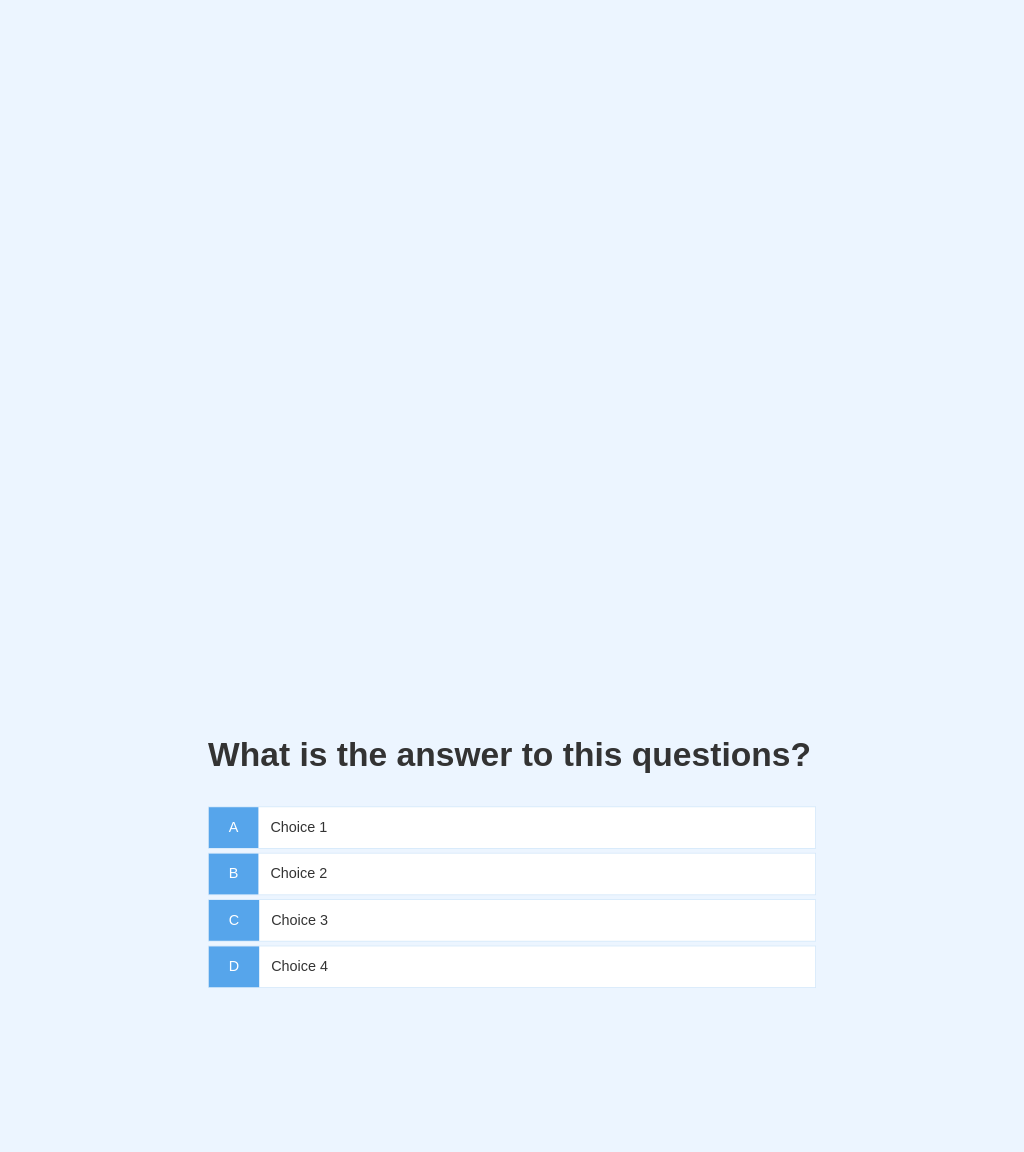
Repository: Q1ngQode/Briana-s-Quiz-App
Page: index.html
These files come from the project's save history. The page is drawn as it stood at one moment and after the next save; the edit follows.
The browser window is 1280 px wide. The pictures show the whole page, at 80% of full size.

Above is the page before, as saved 2022-08-08 22:40:48.

After the next save:
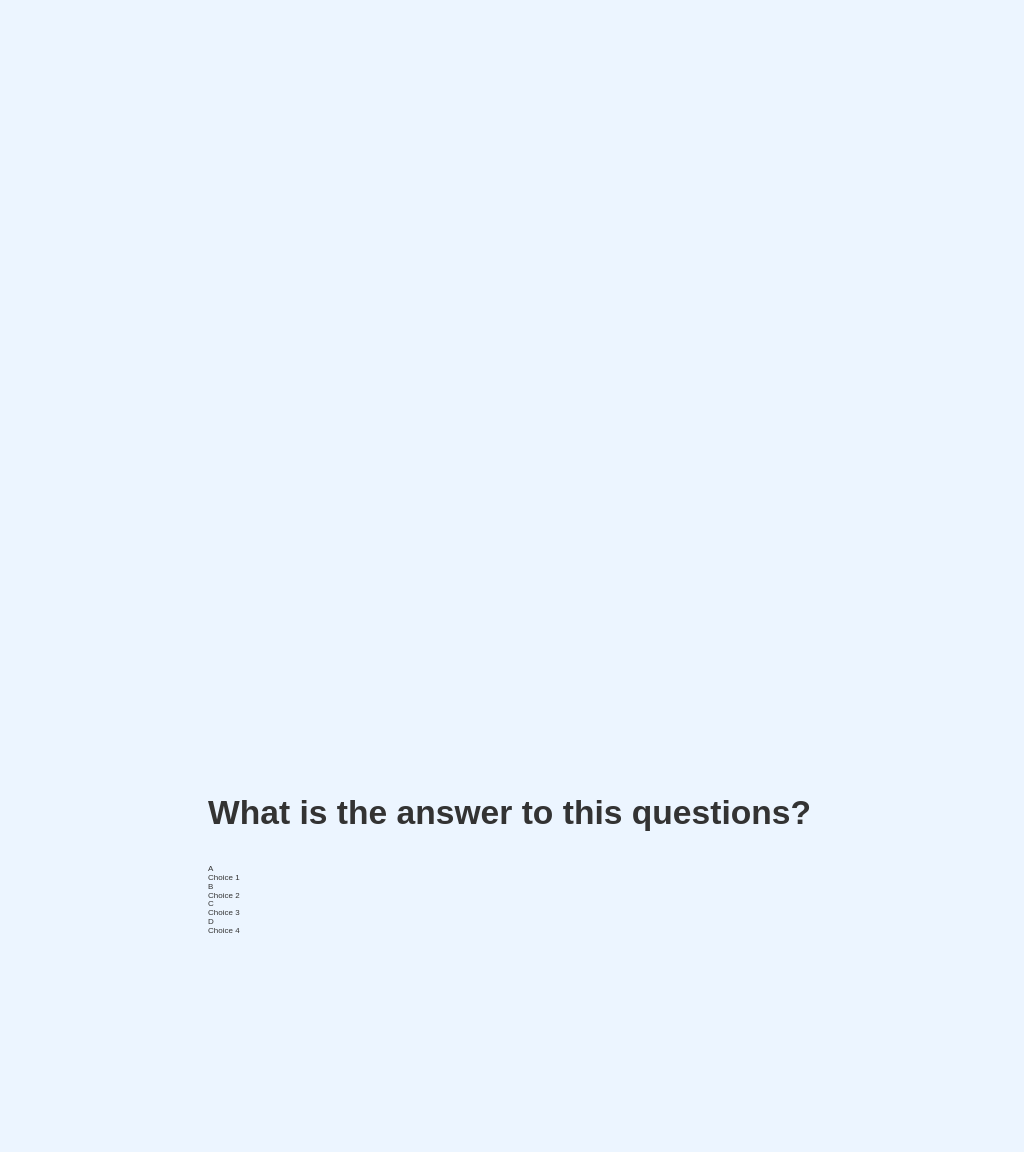
Saved 47 s later.
--- a/app.css
+++ b/app.css
@@ -90,7 +90,7 @@
     text-decoration: none;
     color: #56a5eb;
     background-color: white;
-  }
+
 
   .btn:hover {
     cursor: pointer;

After the save that followed:
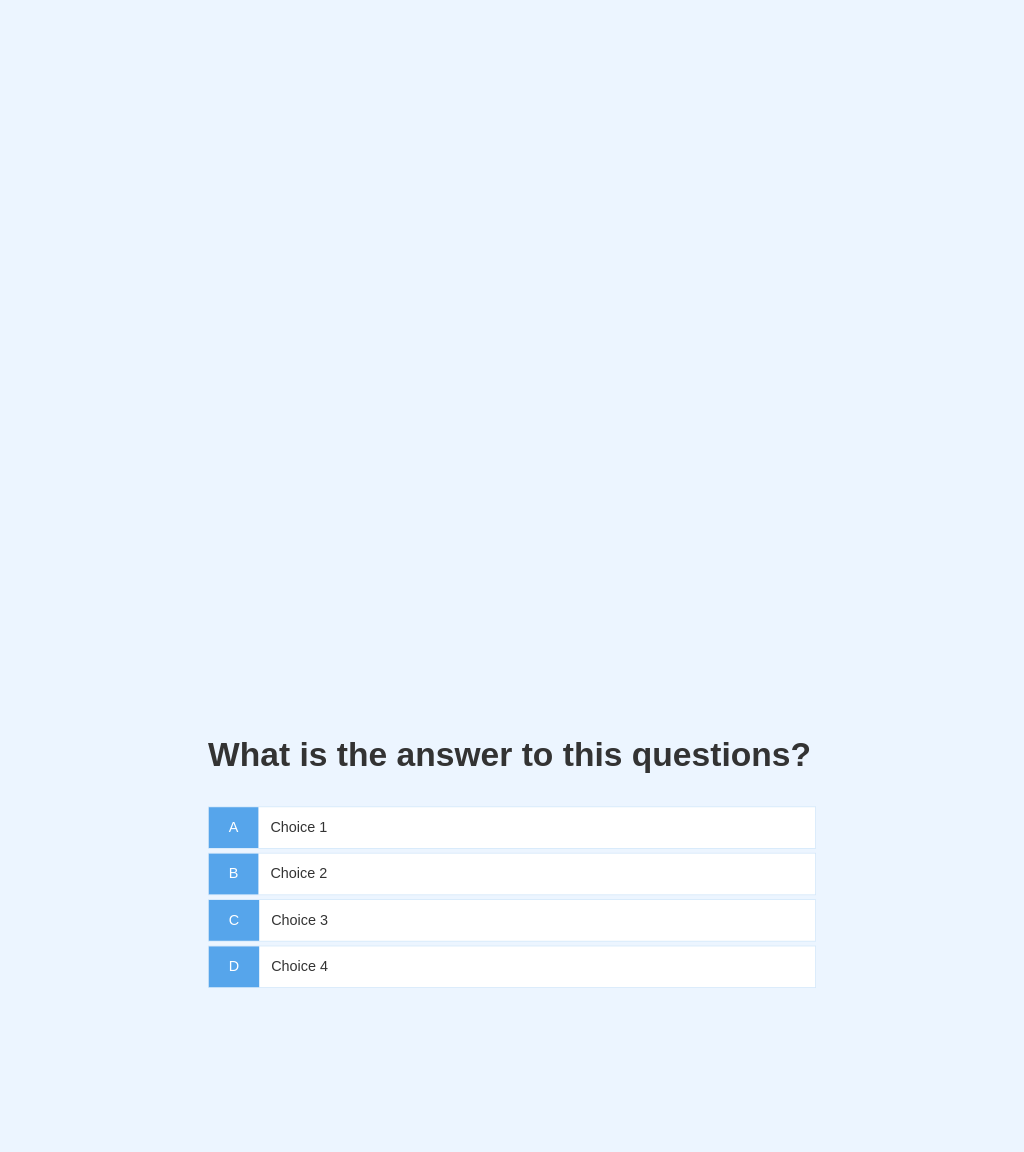
Saved 9 s later.
--- a/app.css
+++ b/app.css
@@ -90,7 +90,7 @@
     text-decoration: none;
     color: #56a5eb;
     background-color: white;
-
+  }
 
   .btn:hover {
     cursor: pointer;
